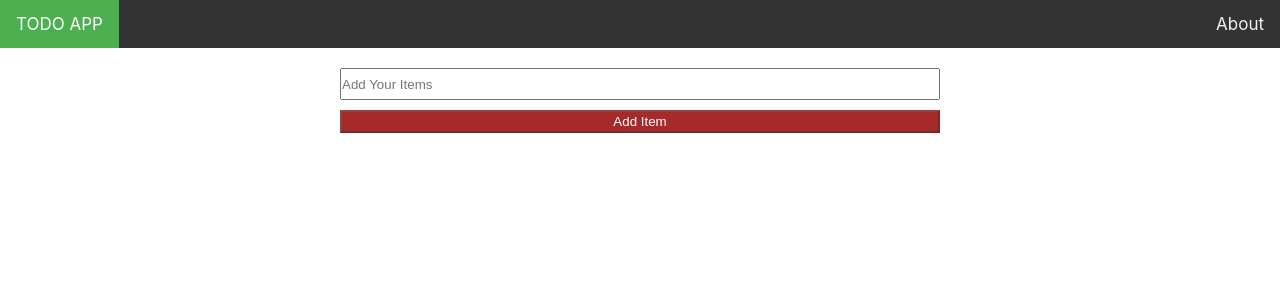
Repository: hoangphuong965/myTodoList
Page: /
These files come from the project's save history. The page is drawn as it stood at one moment and after the next save; the edit follows.
The browser window is 1280 px wide. The pictures show the whole page.
The project was rebuilt for these pictures with package versions that can differ from the ones it lists, and the page was loaded fresh each time. Also part of the build but not shown: src/components/TodoItems.js.

Above is the page before, as saved 2020-06-01 21:34:00.

After the next save:
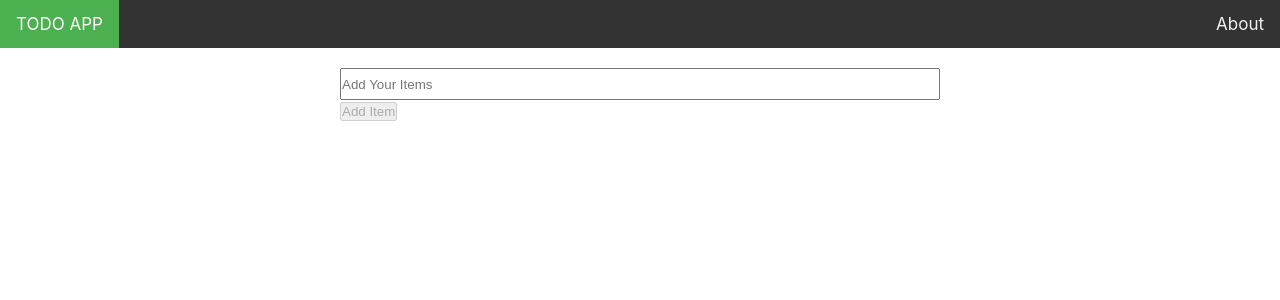
Saved 36 s later.
--- a/src/components/TodoInput.js
+++ b/src/components/TodoInput.js
@@ -15,7 +15,7 @@ export default class TodoInput extends Component {
               onChange={handleChange}
             />
           </span>
-          <button type="submit" disabled={item ? false : true} className="btn">
+          <button type="submit" disabled={item ? false : true} className="{}">
             {editItem ? "Edit Item" : "Add Item"}
           </button>
         </form>
